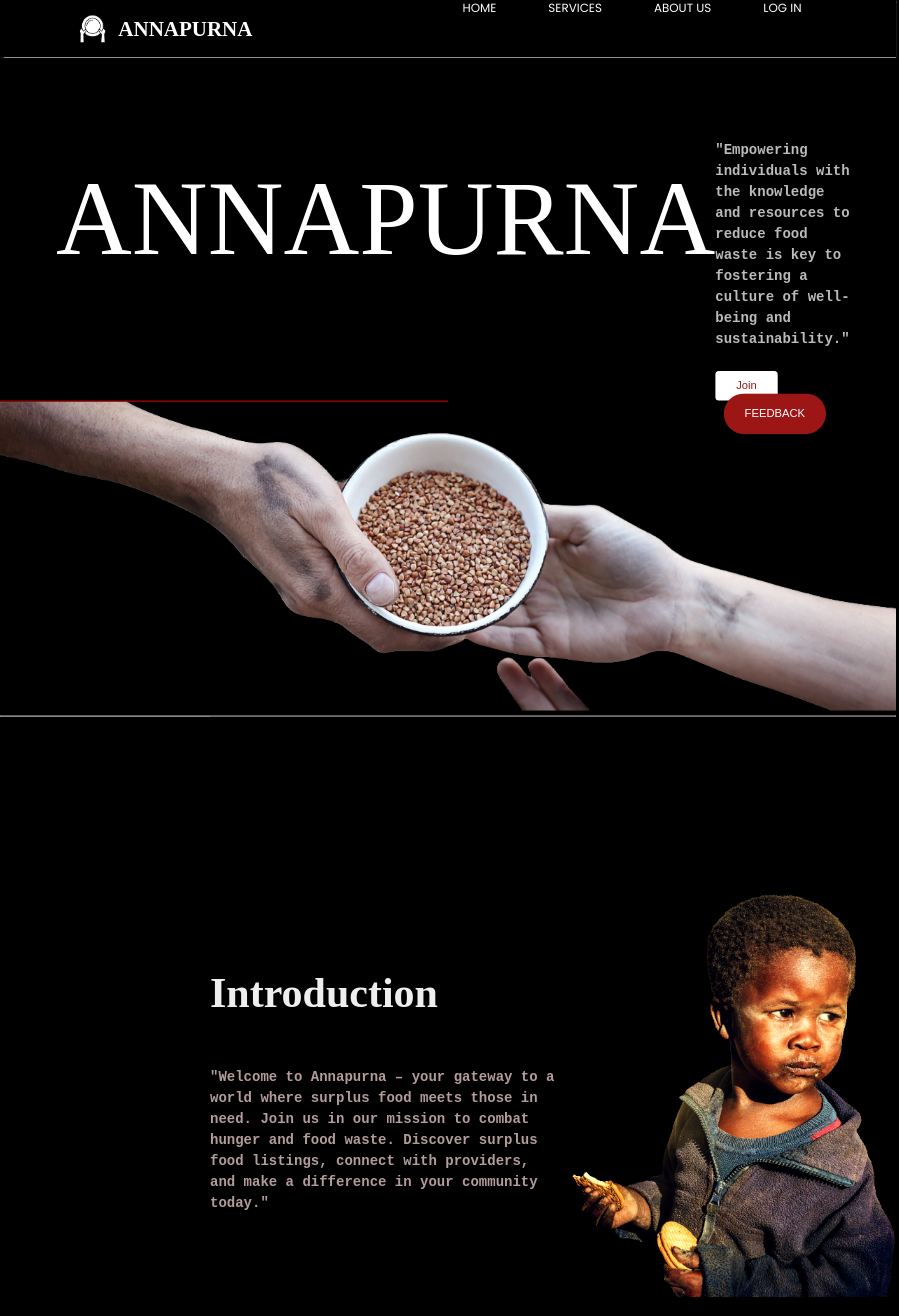
Repository: letscodeshivansh/Annapurna-fullstack-
Page: http://localhost/
These files come from the project's save history. The page is drawn as it stood at one moment and after the next save; the edit follows.
The browser window is 1280 px wide. The page is 1284 px wide, so the pictures cover 1284 px, including what lies to the right of the window. The pictures show the part of the page from y = 0 to 1880 px (the page is 4659 px tall), at 70% of full size.
Some web fonts or font styles are not loaded; a fallback is used. Some web libraries are served in a nearby version. The page is served by the project's Node server (src/server.js).

Above is the page before, as saved 2024-06-13 18:49:38.

### templates/landing.ejs
<!--<?php
    session_start();


        include("connection.php");
        include("functions.php");

        $user_data = check_login($con);

    ?>-->

    <!DOCTYPE html>
    <html lang="en">
    <head>
        <meta charset="UTF-8">
        <meta name="viewport" content="width=device-width, initial-scale=1.0">
        <title>Annapurna</title>
        <style>
           @font-face {
                font-family: "heading-font";
                src: url('annapurna/Noto_Serif/NotoSerif-VariableFont_wdth,wght.ttf');
            }
        </style>
        <link rel = "stylesheet" href="style.css">
        <script src="https://kit.fontawesome.com/a076d05399.js" crossorigin="anonymous"></script>
        <link rel="stylesheet" href="https://use.fontawesome.com/releases/v5.6.3/css/all.css" integrity="sha384-UHRtZLI+pbxtHCWp1t77Bi1L4ZtiqrqD80Kn4Z8NTSRyMA2Fd33n5dQ8lWUE00s/" crossorigin="anonymous">

    </head>
    <body>

    <!--main landing page-->
        <div class="container4">
            <nav>
                <input type="checkbox" id="check">
                <label for = "check" class="checkbtn">
                    <i class="fas fa-bars" style="cursor: pointer;"></i>
                </label>

                <img src="mainlogo-photoaidcom-invert-removebg-preview.png" alt="" style="height: 64px; width:64px; margin-top: 9px; margin-left: 100px">
                <label class="logo" style="padding-left: 5px; font-family: heading-font; position: fixed;padding-top:19px">ANNAPURNA</label>


                <ul>

                    <li><a href="#">HOME</a></li>
                    <li><a href="#">SERVICES</a></li>
                    <li><a href="aboutus">ABOUT US</a></li>
                    <li><a href="login">LOG IN</a></li>

                </ul>
            </nav>


            <div style="display: flex; justify-content: space-between;">
                <div>

                    <h1 class = "logos" style = "font-family: heading-font;">ANNAPURNA</h1>
                </div>

                <div class="moto" style="padding-top: 200px; padding-bottom: 0px; padding-right: 70px; width: 25%; font-size:20px; color: rgb(187, 187, 187);">
                    <h4 style = "font-family: monospace; ">
                        "Empowering individuals with the knowledge and resources to reduce food waste is key to fostering a culture of well-being and sustainability."
                    </h4>
                    <div><a href="#">
                        <a href="login">
                        <button class = "btn btn-info btn-lg" style="cursor: pointer;">
                            Join
                        </button></a>
                        </a>
                    </div>

                </div>
            </div><hr class="hr1" color="red" />
            <div class = "hands">

                <img src="2.png" style="width: 100%;">
                <hr class="hr2"/>
            </div>

        </<div>


    <!--introduction-->
        <div class="container3" >
            <div class="slide1">

                <div class="intro">
                    <h2 style = "font-family: heading-font;">Introduction</h2>
                    <br>

                    <h4 style = "font-family: monospace; font-size:20px;">"Welcome to Annapurna – your gateway to a world where surplus food meets those in need. Join us in our mission to combat hunger and food waste. Discover surplus food listings, connect with providers, and make a difference in your community today."</h4>
                </div>


                <div class="intropic">

                    <img src = "9-png.png" >
                </div>
            </div>


        </div>
        <hr/>
    <!--About-->
        <div class="container5">
            <div class="slide3" style="background: linear-gradient(454deg, #9574ff, #ff5353);">
                <div class="about">
                    <h2 style = "font-family: heading-font;">
                        ABOUT
                    </h2>
                    <br>
                    <br>
                    <h3 style = "font-family: monospace; font-size:20px;">
                        Annapurna Premium is an innovative platform that revolutionizes the way surplus food is managed, connecting food providers with consumers and donors to combat hunger and food waste. Building upon the success of our standard Annapurna website, Annapurna Premium offers enhanced features and services tailored to meet the diverse needs of our users.
                    </h3>
                    <br>
                    <h3 style = "font-family: monospace; font-size:20px;">
                        Our mission is simple yet profound: to create a world where no one goes hungry and where surplus food is utilized to its fullest potential. With Annapurna Premium, food providers have the opportunity to sell or donate surplus food on a daily or regular basis, empowering them to generate income while making a positive impact on their communities.
                    </h3>
                </div>
            </div>
        </div>

    <!--Our team-->

        <div class="container6">
            <div class="slide4">
                <div class="team">
                    <h2 style = "font-family: heading-font;">
                        OUR TEAM
                    </h2>
                    <br>
                </div>
                <div class="pics">
                    <div class="parth">
                        <img src="parth.jpeg" alt="">
                        <h1 style = "font-family: monospace; font-size:20px;">Parth Sauguny</h1>
                        <p style="font-size: 20px">Project <br>Documentation <br>& Reporting</p>

                    </div>

                    <div class="shivansh">
                        <img src="shivansh.jpg" alt="">
                        <h1 style = "font-family: monospace; font-size:20px;">Shivansh Srivastava</h1>
                        <p style="font-size: 20px">Team <br>Management <br>& Leadership</<p>
                    </div>
                    <div class="sourav">
                        <img src="sotrav1.jpeg" alt="">
                        <h1 style = "font-family: monospace; font-size:20px;">Sourav Kispotta</h1>
                        <p style="font-size: 20px">Technical <br>Oversight &<br> Decision-Making</p>
                    </div>
                </div>
            </div>
        </div>


    <!--footer-->
        <hr>
        <div class="container">
            <footer class="footer">
                <div class="container2">
                    <div class="row">
                        <div class="footer-col">
                            <h4>company</h4>
                            <ul>
                                <li><a href="#">about us</a></li>
                                <li><a href="#">our services</a></li>
                                <li><a href="#">privacy policy</a></li>
                                <li><a href="#">affiliate program</a></li>
                            </ul>
                        </div>
                        <div class="footer-col">
                            <h4>get help</h4>
                            <ul>
                                <li><a href="#">FAQ</a></li>
                                <li><a href="#">shipping</a></li>
                                <li><a href="#">returns</a></li>
                                <li><a href="#">order status</a></li>
                                <li><a href="#">payment options</a></li>
                            </ul>
                        </div>

                        <div class="footer-col">
                            <h4>follow us</h4>
                            <div class="social-links">
                                <a href="#"><i class="fab fa-facebook-f"></i></a>
                                <a href="#"><i class="fab fa-twitter"></i></a>
                                <a href="https://www.instagram.com/annapurna0.official?utm_source=ig_web_button_share_sheet&igsh=ZDNlZDc0MzIxNw=="><i class="fab fa-instagram"></i></a>
                                <a href="#"><i class="fab fa-linkedin-in"></i></a>
                            </div>
                        </div>
                    </div>
                    <div class="tnc" style="color: white;">
                        Terms & Conditions
                    </div>
                </div>

            </footer>
        </div>

    <!--Sticky feedback button-->
        <div class="container7">
            <div class="stickybutton">
                <a href="feedback.html">
                <button class = "btn btn-info btn-lg" style="cursor: pointer; bottom: 50px;">
                    FEEDBACK

                </button>
                </a>
            </div>
        </div>
    </body>
    </html>

### src/mongodb.js
const mongoose = require("mongoose");

// Retrieve MongoDB connection URI from environment variable
const mongoURI = process.env.MONGODB_URI || "mongodb://127.0.0.1:27017/Annapurna";

mongoose.connect(mongoURI, { useNewUrlParser: true, useUnifiedTopology: true })
  .then(() => {
    console.log("MongoDB connected");
  })
  .catch((error) => {
    console.error("MongoDB connection error:", error);
  });

const userSchema = new mongoose.Schema({
  username: {
    type: String,
    required: true,
    unique: true // Ensure username is unique
  },
  password: {
    type: String,
    required: true
  }
});

const foodSchema = new mongoose.Schema({
    title: {
      type: String,
      required: true
    },
    description: {
      type: String,
      required: true
    },
    deadline: {
      type: Date,
      required: true
    },
    price: {
      type: Number,
      required: true // Ensure price is required
    },
    images: [{
      type: String, // Assuming that we will store image URLs as strings
    }],
    feeder: {
      type: String,
      required: true
    }
});

// Create and export the User model
const User = mongoose.model('User', userSchema);
const Food = mongoose.model('Food', foodSchema);

module.exports = { User, Food };

### public/style.css
@import url('https://fonts.googleapis.com/css2?family=Poppins:wght@200;300;400;500;600;700&display=swap');
*{
    padding: 0;
    margin: 0;
    text-decoration: none;
    list-style: none;
    box-sizing: border-box;
    background: rgb(0, 0, 0);
}

body{
    font-family: "Poppins" ;
}
.moto{
    font-size: 80px;
    padding-top: 150px;
    padding-bottom: 0px;
    padding-right: 80px;
    width: 40%;
    color: rgb(187, 187, 187);

}

.moto button{
    background-color: #ffffff; /* Green */
    border: none;
    color: #9c1616;
    padding: 12px 30px;
    text-align: center;
    text-decoration: none;
    display: inline-block;
    font-size: 16px;
    border-radius: 5px;
    margin-top: 30px;

}

.moto h4:hover{
    color: #9c1616;
	margin-left: 20px;
    transition: all 0.5s ease;

}
.moto button:hover{
    color: white;
    background-color: #9c1616;
    margin-left: 20px;
    transition: all 0.5s ease;
}


.logos{
    position: relative;
    font-size:150px;
    color: white;
    font-weight: 450;
    padding-left: 80px;
    padding-bottom: 0;
    padding-top: 200px;

}

.logos:hover{
    position: relative;
    padding-left: 100px;
    transition: all 0.5s ease-in-out;
    color: #666666;
}


nav{
    height: 82px;
    width: 100%;
    box-shadow: 2px 1px 2px #eee;
    position: fixed;

    transition: 0.6s;
    z-index: 100000;

}



nav ul{
    float: right;
    margin-right: 100px;
}

nav ul li{
    display: inline-block;
    line-height:20px;
    margin: 0 20px;
    justify-content: space-between;
    object-fit: contain;
}


nav ul li a{

    color:white;
    font-size: 17px;
    border-radius: 30px;
    padding: 10px 15px;
    text-transform: uppercase;
}

a.active,a:hover{
    color: #b92f2f;
    cursor: pointer;
    background: none;
    padding-right: 20px;
    transition: all 0.5s ease;


}

.checkbtn{
    font-size: 30px;
    color: rgb(255, 255, 255);
    float: right;
    line-height:78px;
    margin-right:40px;
    cursor: pointer;
    display: none;
}
label.logo{
    color: white;
    font-size: 30px;
    padding-top: 25px ;
    position: fixed;
    cursor: pointer;
    font-weight:600;





}
#check{
    display: none;

}
.hr1{
    color: red;
    width: 50%;
    margin-inline-end: 0;
}
.hands:hover{
    padding-left: 15px;
    transition:all 0.5s ease;
}


@media (max-width: 952px){
    label.logo{
        font-size: 30px;
        padding-left: 30px;
    }

    .logos{
        display: none;
    }
    nav ul li a{
        font-size: 16px;
    }
}
@media (max-width: 858px){



    .checkbtn{
        display: block;

    }

    nav{
        height: 78px;
        box-shadow: 2px 1px 2px #eee;
    }
    ul{
        position:fixed;
        width: 100%;
        height: 100vh;
        top: 80px;
        left: -100%;
        text-align: center;
        transition: all 0.5s ease;


    }
    nav ul li{
        display:block;
        margin: 50px 0;
        line-height:30px;


    }
    nav ul li a{
        font-size:20px;

    }
    a:hover,a.active{
        background:none;
        color: #9c1616;
    }

    #check:checked ~ ul{
        left: 0;
    }
}

.intro{

    font-size: 40px;
    padding-top: 350px;
    margin-left: 300px;
    color: rgb(179, 156, 156);
    width: 50%;


}

.intro h2{
    color: #eee;
    font-size: 60px;


}
.intro h4{
    font-size: 25px;
}
.intropic{
    padding-top: 250px;
    padding-bottom: 320px;

}

.container5{
    padding-bottom: 350px;
}
.about h2{
    font-size: 50px;
    color: white;
    padding-left: 300px;

    margin-top: 150px;

}

.about h3{
    color: rgb(179,156,156);
    font-size: 25px;
    padding-left: 300px;
    padding-right: 300px;

}


/*
footer css
*/
@import url('https://fonts.googleapis.com/css2?family=Poppins:wght@300;400;500;600;700&display=swap');
body{
	line-height: 1.5;
	font-family: 'Poppins', sans-serif;

}
*{

	margin:0;
	padding:0;
    background: #000000;
	box-sizing: border-box;

}
.container{
    background: #000000;

}
.container2{
	max-width: 100%;
    padding-left: 80px;
    margin-top: 50px;
    margin-bottom: 80px;


}
.slide1{
    display: flex;
}

.row{
	display: flex;
	flex-wrap: wrap;


}
ul{
	list-style: none;

}
.footer{
	background-color: #000000;


}
.footer-col{
   width: 25%;
   padding: 0px 15px;

}
.footer-col h4{
	font-size: 18px;
	color: #ffffff;
	text-transform: capitalize;
	margin-bottom: 35px;
	font-weight: 500;
	position: relative;

}
.footer-col h4::before{
	content: '';
	position: absolute;
	left:0;
	bottom: -10px;
	background-color: #e91e63;
	height: 2px;
	box-sizing: border-box;
	width: 50px;
}
.footer-col ul li:not(:last-child){
	margin-bottom: 10px;
}
.footer-col ul li a{
	font-size: 16px;
	text-transform: capitalize;
	color: #ffffff;
	text-decoration: none;
	font-weight: 300;
	color: #bbbbbb;
	display: block;
    border-radius: 20px;
	transition: all 0.3s ease;
    padding-bottom: 10px;
}
.footer-col ul li a:hover{
	color: #9c1616;
	padding-left: 8px;
    background: none;

}
.footer-col .social-links a{
	display: inline-block;
	height: 40px;
	width: 40px;
	background-color: rgba(179, 174, 174, 0.2);
	margin:0 10px 10px 0;
	text-align: center;
	line-height: 40px;
	border-radius: 50%;
	color: #ffffff;
	transition: all 0.5s ease;

}
.footer-col .social-links a:hover{
	color: #ffffff;
	background-color: #645f5f;

}

/*responsive*/
@media(max-width: 767px){

    .footer-col{
        width: 50%;
        margin-bottom: 30px;
    }

    .footer{
        position: fixed;
        bottom: 0;

    }



}
@media(max-width: 574px){
    .footer-col{
        width: 100%;
}


}
.stickybutton{
    position: fixed;
    bottom:100px;
    right: 100px;
    background: none;

}
.stickybutton button{
    background-color: #9c1616; /* Green */
    border: none;
    color: #ffffff;
    padding: 20px 30px;
    text-align: center;
    text-decoration: none;
    display: inline-block;
    font-size: 16px;
    border-radius: 30px;
    text-decoration: none;


}

.stickybutton button:hover{
    box-shadow: #e91e63 2px 2px 3px;
    transition: all 0.5s ease;
}
.team{
    color: white;
    text-align: center;
    font-size: 40px;
    padding-top: 0px;
}
.parth img{
    height: 300px;
    width: 300px;
    border-radius: 10px;
}


.shivansh img{
    height: 300px;
    width: 300px;
    border-radius: 10px;
}

.sourav img{
    height: 300px;
    width: 300px;
    border-radius: 10px;

}

.pics {
    display: flex;
    justify-content: space-evenly;
    color: white;
    text-align: center;
    padding-top:100px;

}

.parth h1, .shivansh h1, .sourav h1{
    padding-top: 30px ;
}

.parth img:hover, .shivansh img:hover, .sourav img:hover{
    width: 350px;
    height: 350px;
    transition: all 0.5s ease-in-out;
    box-shadow: #7c7c7c 7px 7px 7px;


}
.jasmin p, .shivansh p, .sourav p{
    padding-top: 25px;
    padding-bottom: 250px;

}

.black-bg h2 {
    text-align: left;
    font-size: 69px;
    margin: 45px 20px;
}

/* Base card styling */
.card {
    display: grid;
    grid-template-columns: repeat(10, 1fr);
    justify-content: space-between;
    align-items: center;
    width: 100%;
    border: 1px solid #ddd;
    padding: 20px;
    box-sizing: border-box;
    transition: box-shadow 0.3s ease;
    margin-bottom: 60px;
    background: linear-gradient(-20deg, #ffffff, #d9d6d396);
    border-radius: 30px;
    box-shadow: 0 0 6px 6px rgba(255, 255, 255, 0.7);
}

.card:hover {
    box-shadow:
        10px 10px 10px rgba(174, 170, 170, 0.2),
        -10px 10px 10px rgba(200, 200, 200, 0.2),
        10px -10px 10px rgba(255, 255, 255, 0.2),
        -10px -10px 10px rgba(215, 215, 215, 0.2);
}

/* Card elements styling */
.card .image {
    grid-column: 1 / 2;
    width: 100px;
    height: 100px;
    border-radius: 50%;
    background: #ffffff;
    background-size: cover;
    background-position: center;
    margin-left: 20%;
    text-align: center;
    padding: 10px;
}

.card .title {
    grid-column: 2 / 4;
    text-align: center;
    padding: 10px;
    font-weight: bold;
    font-size: 25px;
}

.card .description {
    grid-column: 4 / 8;
    text-align: center;
    padding: 10px;
}

.card .deadline {
    grid-column: 8 / 9;
    text-align: center;
    padding: 10px;
    font-weight: bold;
}

.card .price {
    grid-column: 9 / 10;
    text-align: center;
    padding-left: 50%;
    padding-bottom: 8%;
    font-weight: 700;
    font-size: 20px;
}

.card .price {
    font-weight: bold;
}

.card .chat-button {
    grid-column: 10 / 11;
    text-align: center;
    padding-left: 40%;
}

.chat-button {
    display: flex;
    align-items: right;
    color: white;
    cursor: pointer;
    text-align: right;
    text-decoration: none;
}

.chat-button a {
    display: flex;
    align-items: center;
    text-decoration: none;
}

.chat-icon {
    width: 60px;
    height: 60px;
    border-radius: 50%;
}

.edit-button {
    grid-column: 10 / 11;
    border-radius: 5px;
}

.edit-button:hover {
    background-color: rgba(240, 248, 255, 0.718);
    font-weight: 600;
}

/* Responsive styling */
@media (max-width: 1024px) {
    .card {
        grid-template-columns: repeat(8, 1fr);
    }
    .card .title {
        grid-column: 2 / 5;
    }
    .card .description {
        grid-column: 5 / 8;
    }
    .card .deadline {
        grid-column: 8 / 9;
    }
    .card .price {
        grid-column: 9 / 10;
        padding-left: 0;
    }
    .card .chat-button {
        grid-column: 10 / 11;
        padding-left: 0;
    }
}

@media (max-width: 768px) {
    .card {
        grid-template-columns: repeat(4, 1fr);
        text-align: center;
    }
    .card .image {
        grid-column: 1 / -1;
        margin-left: 0;
        width: 70px;
        height: 70px;
    }
    .card .title {
        grid-column: 1 / -1;
        font-size: 20px;
    }
    .card .description {
        grid-column: 1 / -1;
    }
    .card .deadline {
        grid-column: 1 / 3;
    }
    .card .price {
        grid-column: 3 / 4;
        padding-left: 0;
        padding-bottom: 0;
    }
    .card .chat-button {
        grid-column: 4 / 5;
        padding-left: 0;
    }
}

@media (max-width: 480px) {
    .card {
        grid-template-columns: 1fr;
    }
    .card .image,
    .card .title,
    .card .description,
    .card .deadline,
    .card .price,


    .card .chat-button {
        grid-column: 1 / -1;
        padding-left: 2px;
        padding-bottom: 10px;
    }
}

Loaded but not shown: src/server.js (159 lines, source omitted)

After the next save:
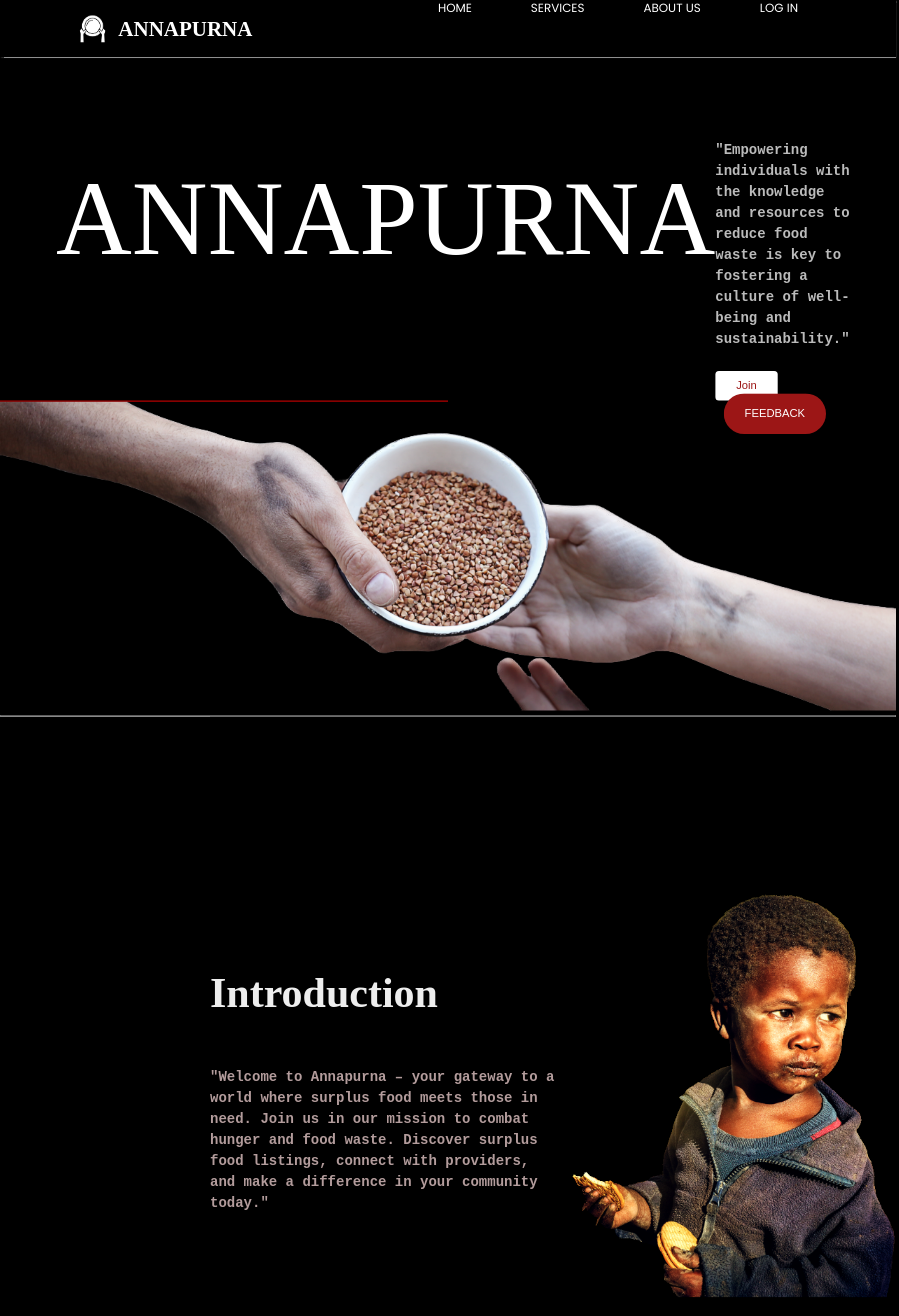
Saved 7 s later.
--- a/public/style.css
+++ b/public/style.css
@@ -89,7 +89,7 @@ nav ul{
 nav ul li{
     display: inline-block;
     line-height:20px;
-    margin: 0 20px;
+    margin: 0 25px;
     justify-content: space-between;
     object-fit: contain;
 }
